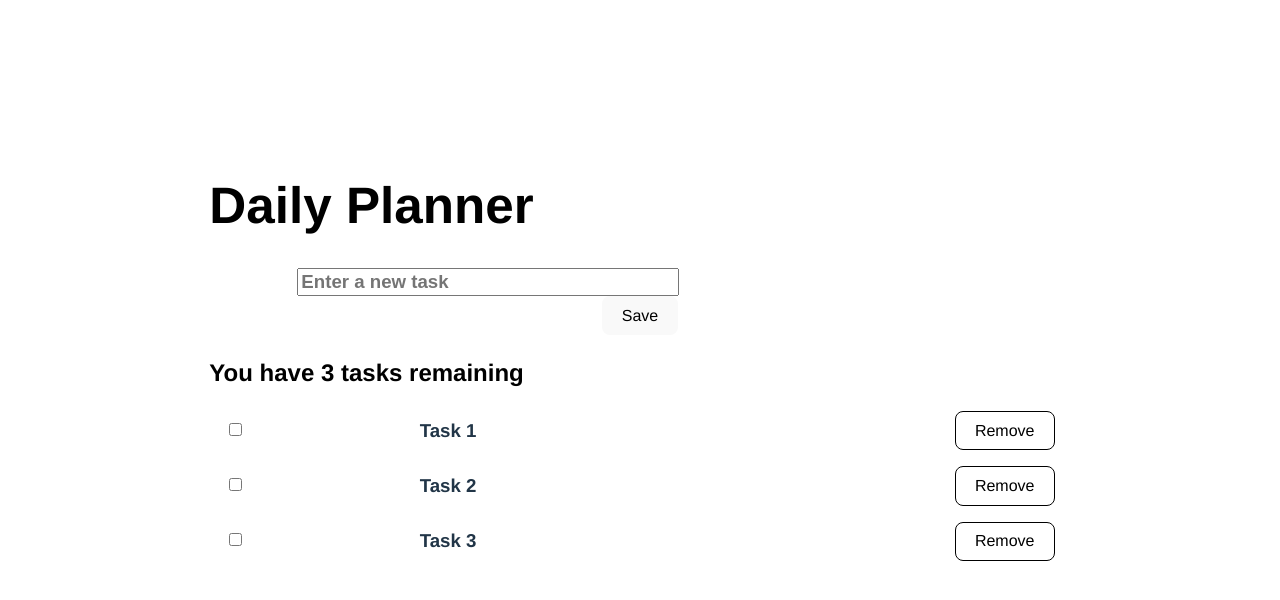
Repository: MonicaNguyenH/Frontend_Assignment6
Page: / (app in react/)
These files come from the project's save history. The page is drawn as it stood at one moment and after the next save; the edit follows.
The browser window is 1280 px wide. The pictures show the whole page.
The project was rebuilt for these pictures with package versions that can differ from the ones it lists, and the page was loaded fresh each time. Also part of the build but not shown: react/vite.config.js.

Above is the page before, as saved 2024-10-11 00:50:35.

### react/src/App.jsx
// import { useState } from 'react'
import { useState } from 'react';
import './App.css'
import Task from './components/Task'
import TaskForm from './components/TaskForm';

function App() {
  const [task, setTask] = useState([
    { id: 1, name: "Task 1", completed: false },
    { id: 2, name: "Task 2", completed: false },
    { id: 3, name: "Task 3", completed: false }
  ]);

  const addTask = (newTask) => {
    setTask([...task, {...newTask, completed: false}]); // add task incompleted by default
  };

  const toggleComplete = (taskId) => {
    const updatedTasks = task.map(task =>
      task.id === taskId ? { ...task, completed: !task.completed } : task // toggle task completed status
    );
    setTask(updatedTasks); // update the state with the new task list
  };

  const removeTask = (taskId) => {
    const updatedTasks = task.filter(task => task.id !== taskId);
    setTask(updatedTasks); // update the state without the removed task
  };

  // count remaining task
  const remainingTask = task.filter(task => !task.completed).length;

  return (
    <>
      <div className="main">
        <h1 className="header">Daily Planner</h1>
        <div>
          <TaskForm addTask={addTask} /> {/* Pass addTask to TaskForm */}
          <h2 className="counting">You have {remainingTask} task{remainingTask !== 1 ? 's' : ''} remaining</h2> {/* count remaining (more than 1 have 's') */}
          {task.map((task) => (
            <Task
              key={task.id}

              name={task.name}
              completed={task.completed}
              toggleComplete={toggleComplete}
              removeTask={() => removeTask(task.id)}
            />
          ))}
        </div>
      </div>
    </>
  )
}

export default App

### react/src/App.css
#root {
  max-width: 1280px;
  margin: 0 auto;
  padding: 2rem;
  text-align: center;

  font-family: Helvetica, sans-serif;
}

.main {

}

.header {
  color: black;
  text-align: left;
}

.counting {
  color: black;
  text-align: left;
}

/* TaskForm  */
.formContainer {
  width: 100%;
}

#task-name {
  width: 20em;
}


.task {
  display: flex;
  flex-direction: row;
  align-items: center;
  margin: 1em;

  width: 100%;
  min-width: 10rem;
}

#checkbox {
  margin-right: 1rem;
  width: 2em;
  height: 2rem;
  accent-color: pink;
}

#task-name {
  margin: 0 20rem 0 1rem;
  font-weight: bold;
  font-size: 14pt;
}

.task-delete {
  border: 1px solid black;
  background-color: white;
  border-radius: 15;
  cursor: pointer;
}

.task-delete:hover {
  border: 1px solid pink;
}

### react/src/components/Task.jsx
import { useState, useEffect, useRef } from "react";

export default function Task({name, toggleComplete, id, completed, removeTask}){

    // check box section
    // Ref for the checkbox and task name elements
    const checkboxRef = useRef(null);
    const taskNameRef = useRef(null);

    useEffect(() => {
        const checkbox = checkboxRef.current;
        const crossText = taskNameRef.current;

        if (checkbox&&crossText) {
            const handleCheckBoxChange = () => {
                toggleComplete(id); // call toggleComplete function passed from the parent to update task completion status
                if(checkbox.checked) {
                    crossText.style.textDecoration = "line-through";
                } else {
                    crossText.style.textDecoration = "none";
                }
            };

            checkbox.addEventListener("change", handleCheckBoxChange);

            // cleanup listener
            return () => {
                checkbox.removeEventListener("change", handleCheckBoxChange);
            };

        }
    }, [toggleComplete, id]);

    // remove button section
    const [visible, setVisible] = useState(true);

    // const removeTask = () => {
    //     setVisible(false);
    // };

    if (!visible) {
        return null;
    }

    return (
        <>
            <div className="task">
                <label htmlFor="checkbox">
                    <input
                        type="checkbox"
                        id={`checkbox-${id}`}
                        ref={checkboxRef}
                        checked={completed} // current taks status based on completion
                        onChange={() => toggleComplete(id)}
                    />
                </label>
                <p id="task-name" ref={taskNameRef}>{name}</p>
                <button
                    className="task-delete"
                    onClick={removeTask}>
                        Remove
                </button>
            </div>

        </>
    );
}

### react/src/components/TaskForm.jsx
import { useState } from "react";
import { nanoid } from 'nanoid';

// const taskTemplate = {
//     name: 'new task'
// };

export default function TaskForm({addTask}) {
    const [taskName, setTaskName] = useState(''); // state for the task input
    const [editing, setEditing] = useState(false); // editing task

    // form submission
    const handleSubmit = (e) => {
        e.preventDefault(); // the form submission will be handled by JavaScript instead of triggering a page refresh
        if (taskName.trim()) { // checks if the taskName (the text the user entered) is not an empty string after trimming whitespace
            addTask({
                id: nanoid(),
                name: taskName
            });
            setTaskName(''); // clear the input field
            //setEditing(false); // close the form after saving
        }
    }

    return (
        <>
            <form onSubmit={handleSubmit}>
                <div className="formContainer">
                    <input
                        id="task-name"
                        name="task-name"
                        type="text"
                        value={taskName}
                        onChange={(e) => setTaskName(e.target.value)}
                        placeholder="Enter a new task"
                    />
                </div>
                <div className="btn-group">
                    <button type="submit" className="btn-save">Save</button>
                </div>
            </form>
        </>
    )
}

Loaded but not shown: react/index.html (common file); react/src/main.jsx (common file); react/src/index.css (common file)

After the next save:
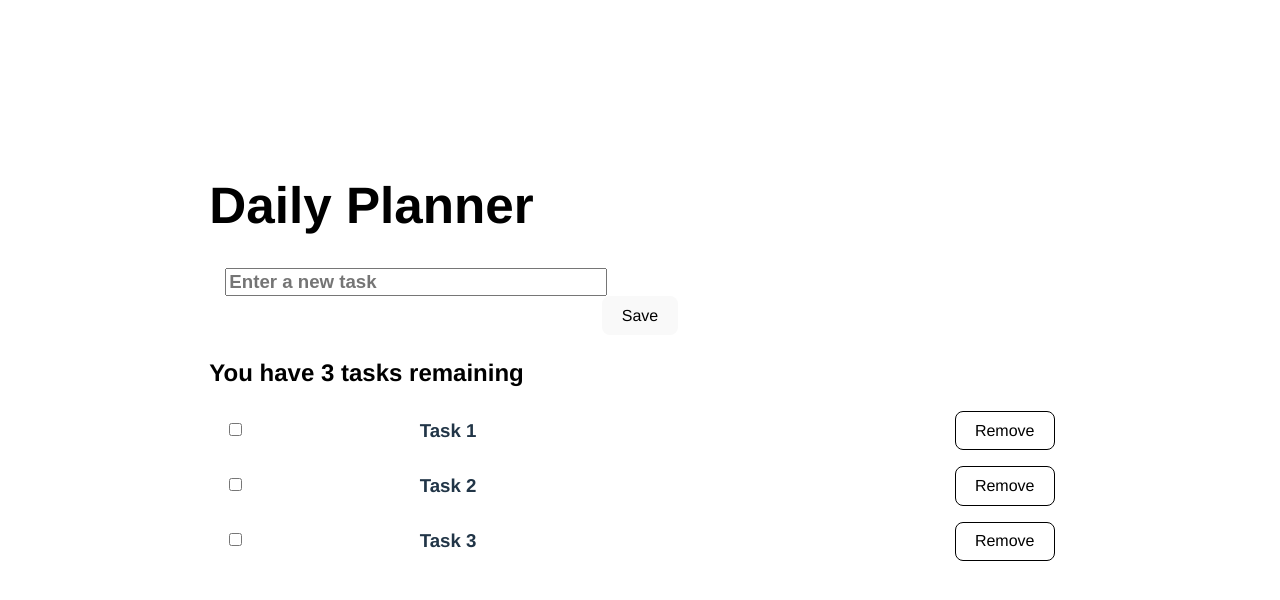
Saved 23 s later.
--- a/react/src/App.css
+++ b/react/src/App.css
@@ -24,6 +24,8 @@
 /* TaskForm  */
 .formContainer {
   width: 100%;
+  display: flex;
+  flex-direction: row;
 }
 
 #task-name {
